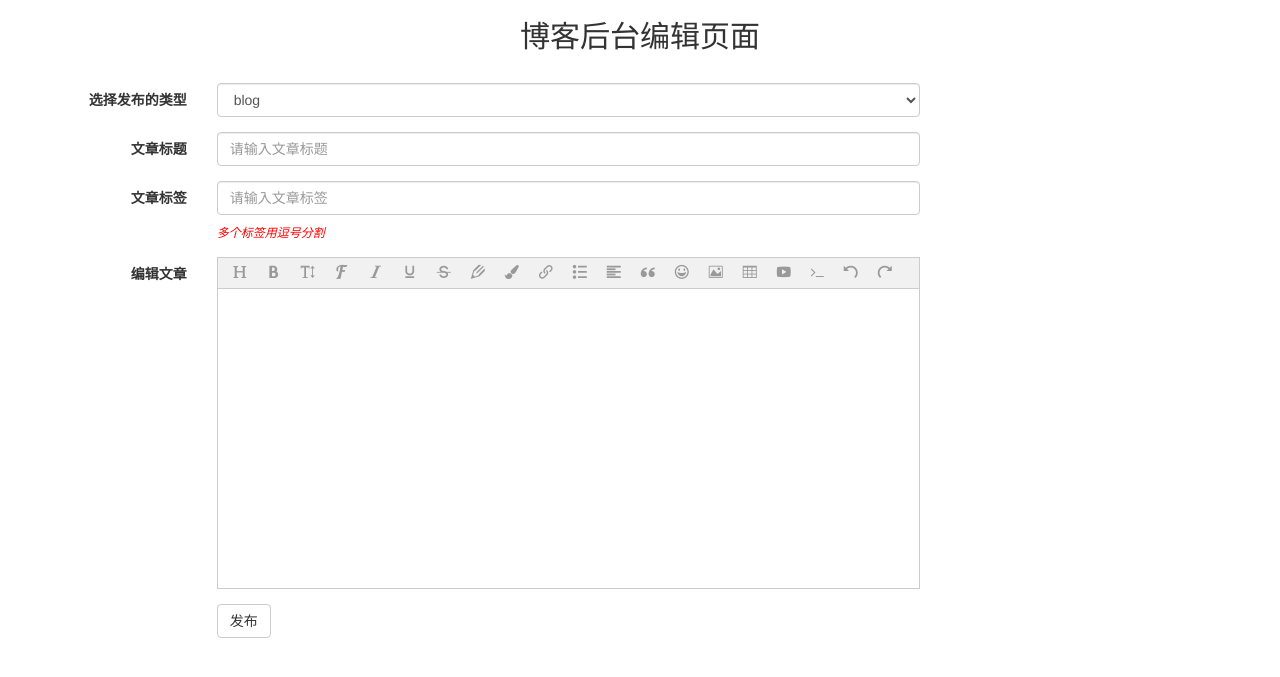
Repository: li1214/my_blog
Page: page/editor_blog_everyday.html
These files come from the project's save history. The page is drawn as it stood at one moment and after the next save; the edit follows.
The browser window is 1280 px wide. The pictures show the whole page.

Above is the page before, as saved 2019-01-07 09:24:19.

After the next save:
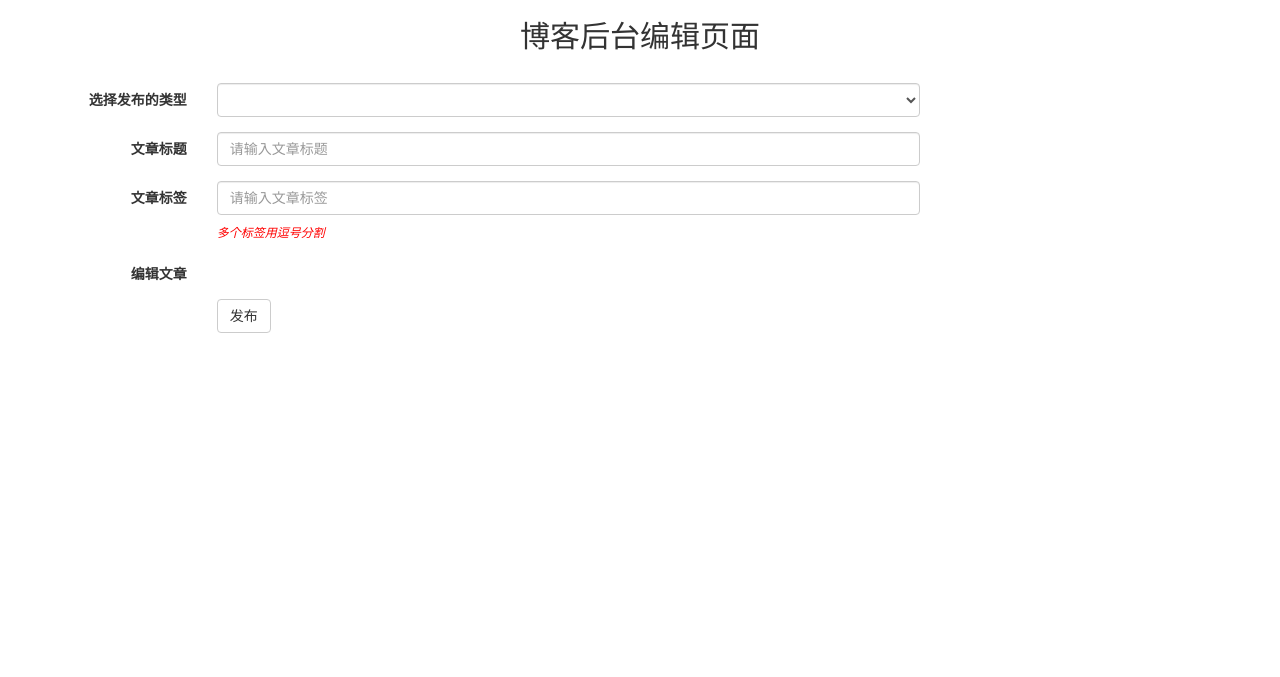
Saved 15 s later.
--- a/page/js/editor_blog_everyday.js
+++ b/page/js/editor_blog_everyday.js
@@ -2,7 +2,7 @@ new Vue({
   el: "#app",
   data() {
     return {
-      type: "blog"
+
     };
   },
   created() {
